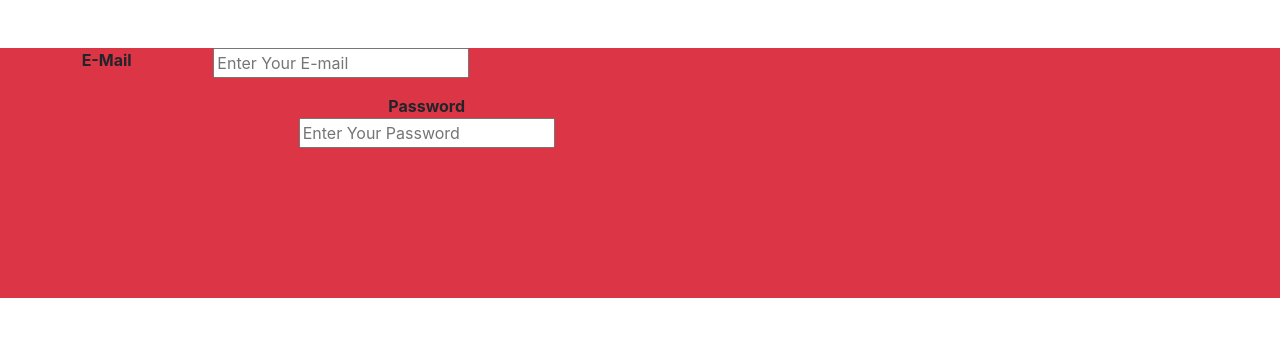
Repository: mariamkhaledsapra/E-Commerce-main
Page: /login
These files come from the project's save history. The page is drawn as it stood at one moment and after the next save; the edit follows.
The browser window is 1280 px wide. The pictures show the whole page.
The project was rebuilt for these pictures with package versions that can differ from the ones it lists, and the page was loaded fresh each time. Also part of the build but not shown: src/components/Navbar.jsx.

Above is the page before, as saved 2024-02-13 21:38:10.

### public/index.html
<!DOCTYPE html>
<html lang="en">
  <head>
    <meta charset="utf-8" />
    <link rel="icon" href="%PUBLIC_URL%/favicon.ico" />
    <meta name="viewport" content="width=device-width, initial-scale=1" />
    <meta name="theme-color" content="#000000" />
    <meta
      name="description"
      content="Web site created using create-react-app"
    />
    <link href="https://cdn.jsdelivr.net/npm/bootstrap@5.1.3/dist/css/bootstrap.min.css" rel="stylesheet" integrity="sha384-1BmE4kWBq78iYhFldvKuhfTAU6auU8tT94WrHftjDbrCEXSU1oBoqyl2QvZ6jIW3" crossorigin="anonymous">

    <title>React App</title>
  </head>
  <body>
    <div id="root"></div>
  </body>
</html>

### src/index.js
import React from "react";
import ReactDOM from "react-dom/client";
import "./index.css";
import App from "./App";
import reportWebVitals from "./reportWebVitals";
import { createBrowserRouter, RouterProvider } from "react-router-dom";
import Login from "./components/Login";
import Navbar from "./components/Navbar";

const Routes = createBrowserRouter([
  {
    path: "/",
    element: <App />,
    children: [
      {
        index:true,
        element: <Navbar />,
      },
      {
        path: "/login",
        element: <Login />,
      },
    ],
  },
]);

const root = ReactDOM.createRoot(document.getElementById("root"));
root.render(
  <RouterProvider router={Routes}>
    <App />
  </RouterProvider>
);

reportWebVitals();

### src/App.js
import logo from './logo.svg';
import './App.css';
import Navbar from './components/Navbar';
import { Outlet } from 'react-router-dom';

function App() {
  return (
    <div className="App">
      <Outlet/>
    </div>
  );
}

export default App;

### src/components/Login.jsx
import React from "react";

const Login = () => {
  return (
    <div className="bg-danger  mt-5" style={{ height: "250px" }}>
      {" "}
      <div className="mb-3  d-flex">
        <label className="col-sm-2 fw-bolder">E-Mail</label>
        <div className="">
          <input type="email" placeholder="Enter Your E-mail" />
        </div>
      </div>
      <div className="  col-8">
        <label className="col-sm-2  fw-bolder">Password</label>
        <div>
          <input type="password" placeholder="Enter Your Password" />
        </div>
      </div>
    </div>
  );
};

export default Login;

Loaded but not shown: src/index.css (common file); src/reportWebVitals.js (common file); src/App.css (common file)

After the next save:
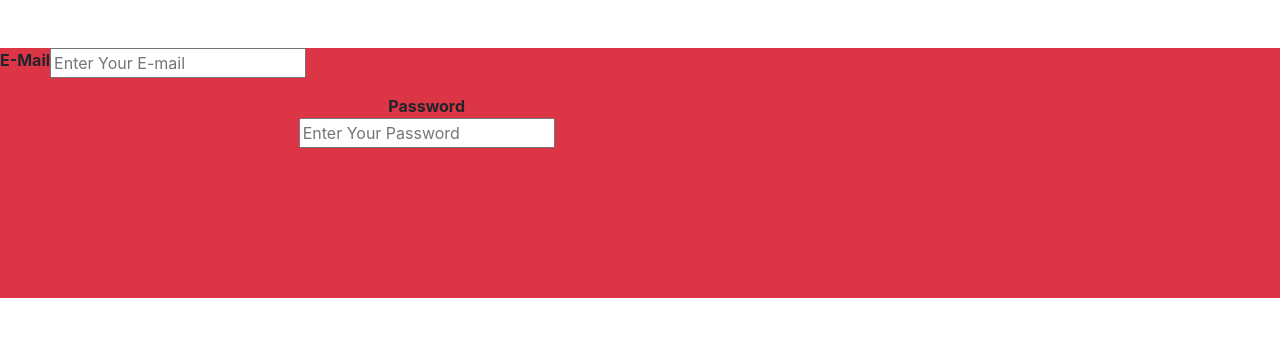
Saved 14 s later.
--- a/src/components/Login.jsx
+++ b/src/components/Login.jsx
@@ -5,7 +5,7 @@ const Login = () => {
     <div className="bg-danger  mt-5" style={{ height: "250px" }}>
       {" "}
       <div className="mb-3  d-flex">
-        <label className="col-sm-2 fw-bolder">E-Mail</label>
+        <label className=" fw-bolder">E-Mail</label>
         <div className="">
           <input type="email" placeholder="Enter Your E-mail" />
         </div>
